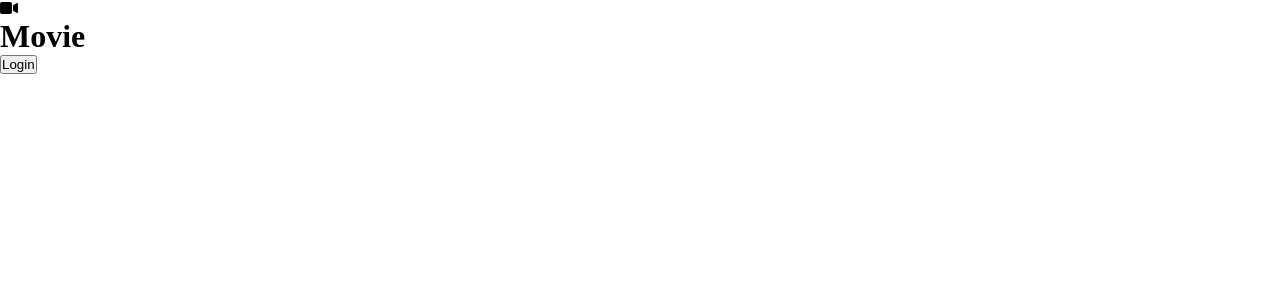
Repository: elice-study/elice_study_vanilla_jinkyu
Page: index.html
An editor plug-in stored every save of this project. The page is shown before and after the next save, followed by the edit.
The browser window is 1280 px wide. The pictures show the whole page.
Some web libraries are served in a nearby version.

Above is the page before, as saved 2023-06-01 10:35:37.

After the next save:
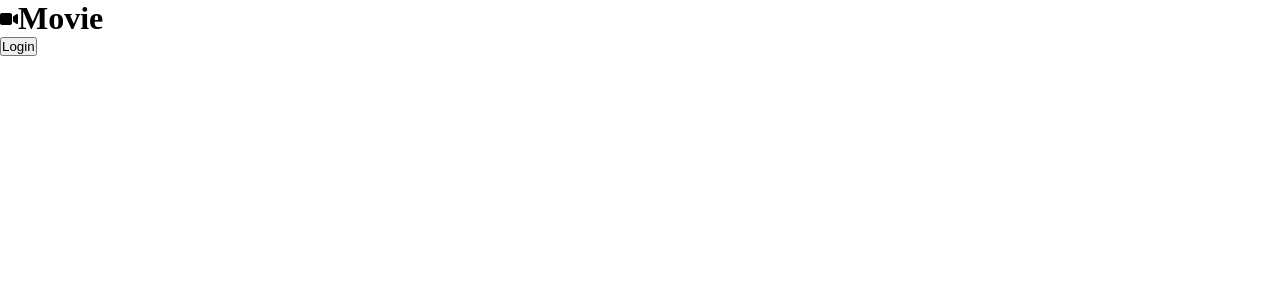
Saved 20 s later.
--- a/style.css
+++ b/style.css
@@ -3,3 +3,8 @@
     padding: 0;
     margin: 0;
 }
+
+.logo{
+    display: flex;
+    align-items: center;
+}
